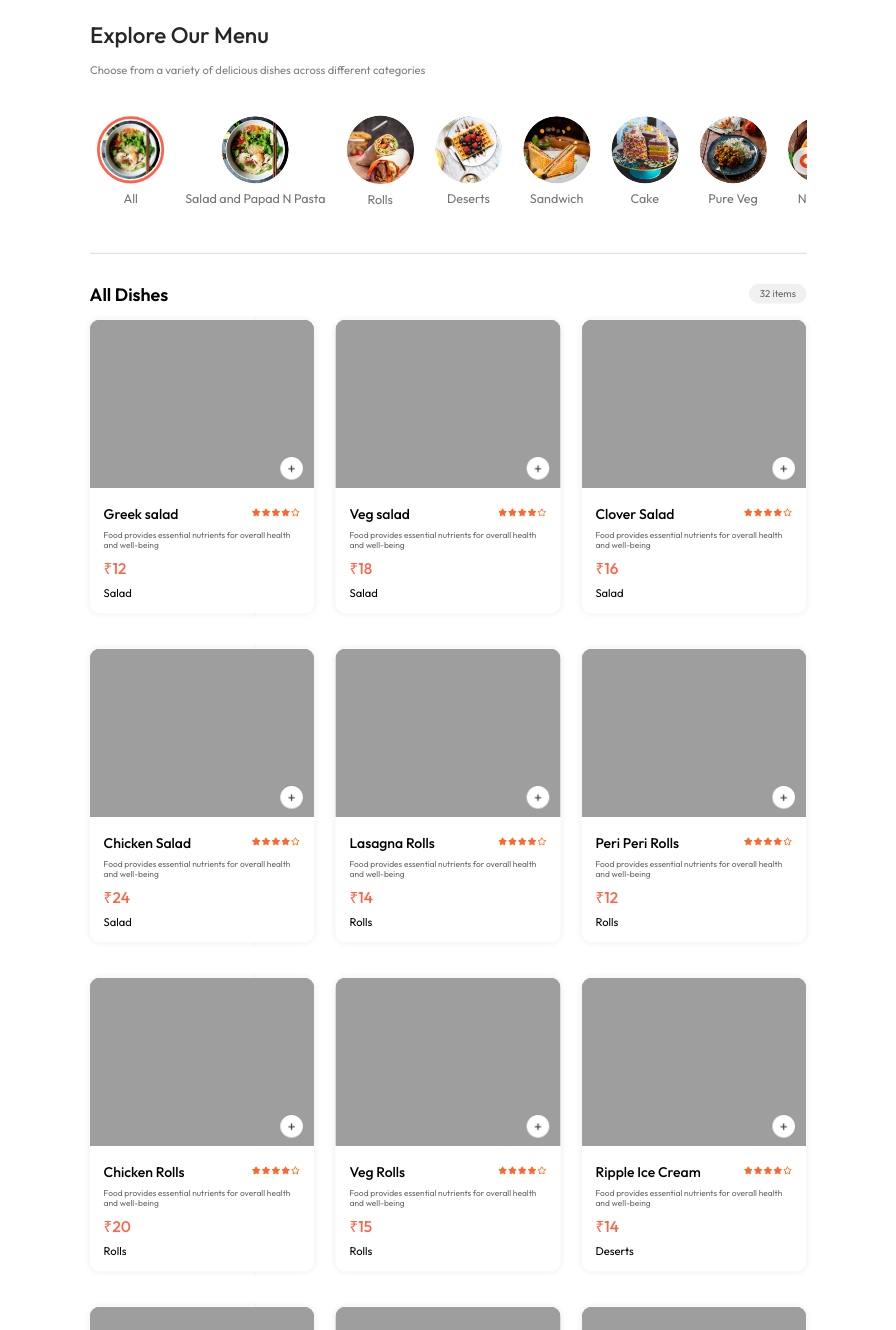
Repository: keyursanglikar/Hotel-Manangement
Page: / (app in frontend/)
These files come from the project's save history. The page is drawn as it stood at one moment and after the next save; the edit follows.
The browser window is 1280 px wide. The pictures show the part of the page from y = 609 to 2509 px (the page is 9373 px tall), at 70% of full size.
The page's requests for data from a server got no answer. The project was rebuilt for these pictures with package versions that can differ from the ones it lists, and the page was loaded fresh each time. No one was signed in, and anything a server would have sent is missing. Also part of the build but not shown: frontend/vite.config.js, frontend/src/pages/Cart/Cart.css, frontend/src/pages/Cart/Cart.jsx, frontend/src/pages/PlaceOrder/PlaceOrder.jsx, frontend/src/components/LoginPopup/LoginPopup.css, frontend/src/components/LoginPopup/LoginPopup.jsx, frontend/src/pages/Verify/Verify.css, frontend/src/pages/Verify/Verify.jsx and 2 more.

Above is the page before, as saved 2025-12-04 23:22:32.

After the next save:
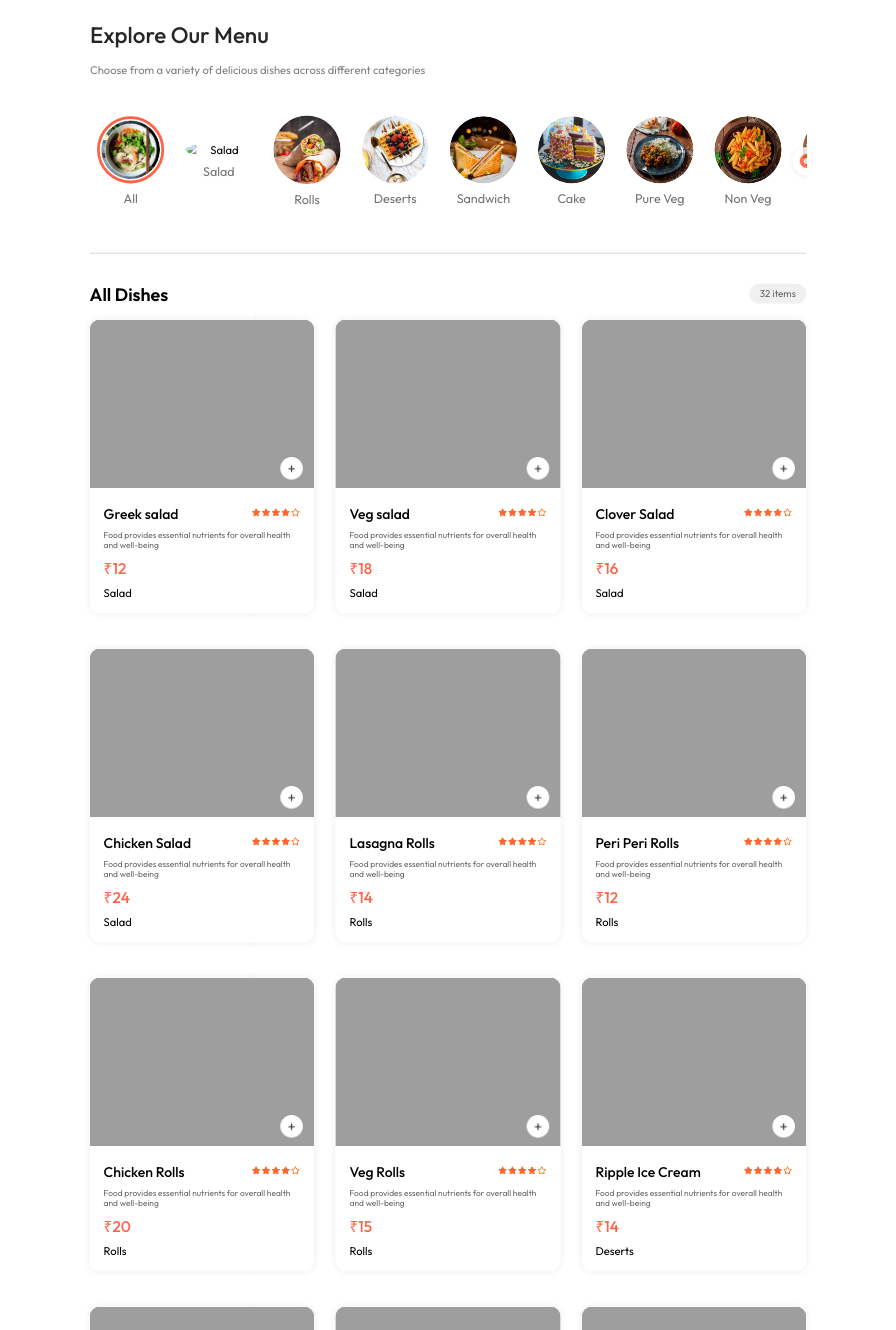
Saved 34 s later.
--- a/frontend/src/components/ExploreMenu/ExploreMenu.jsx
+++ b/frontend/src/components/ExploreMenu/ExploreMenu.jsx
@@ -41,7 +41,7 @@ const ExploreMenu = ({ category, setCategory }) => {
   // Define all available categories
   const allCategories = [
     "All",
-    "Salad and Papad N Pasta",
+    "Salad",
     "Rolls",
     "Deserts",
     "Sandwich",
